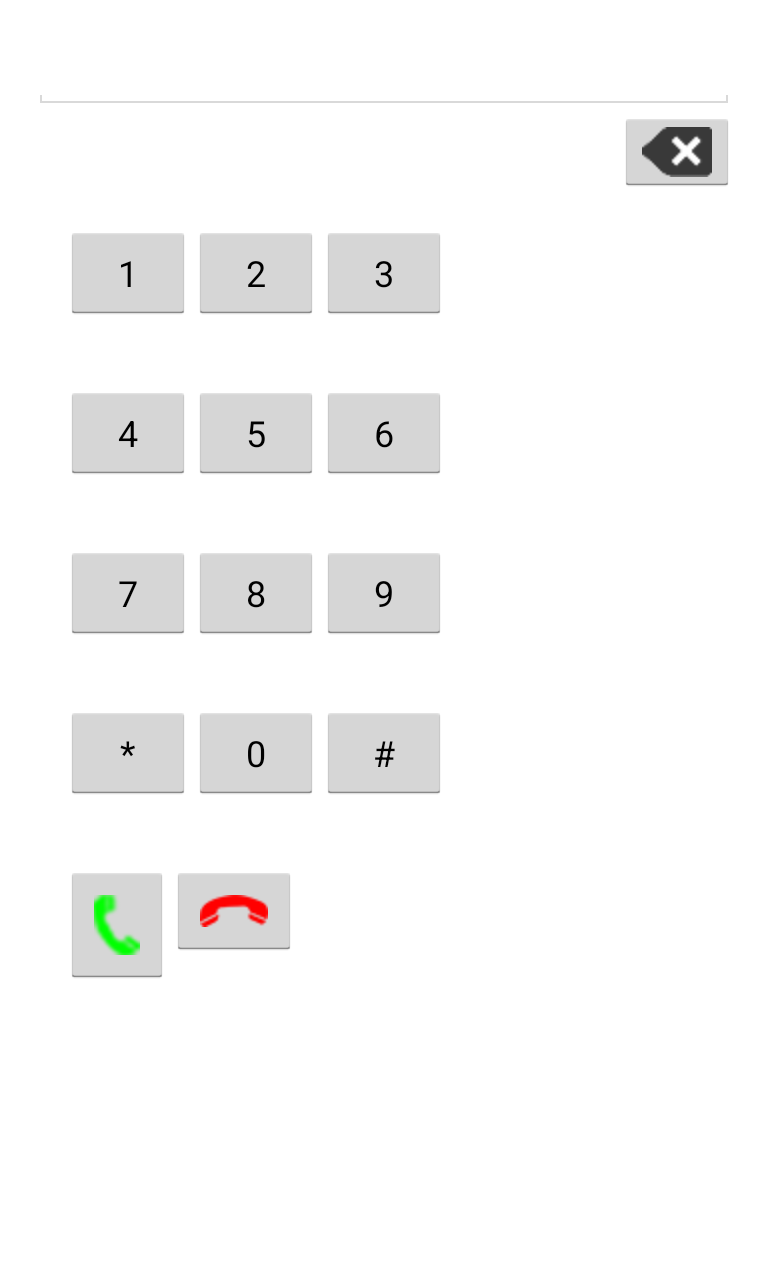
Repository: andreeastoican/Laborator03
Layout: PhoneDialer/res/layout/activity_phone_dialer.xml
The author's editor kept a copy of each file at every save. The layout is drawn from the files as they stood at one save, then again after the next save.
It is drawn on a 768 x 1280 px phone screen (xhdpi) without system bars, with theme AppTheme; the app's code is not run.

Above is the layout before, as saved 2015-03-10 09:44:45.

After the next save:
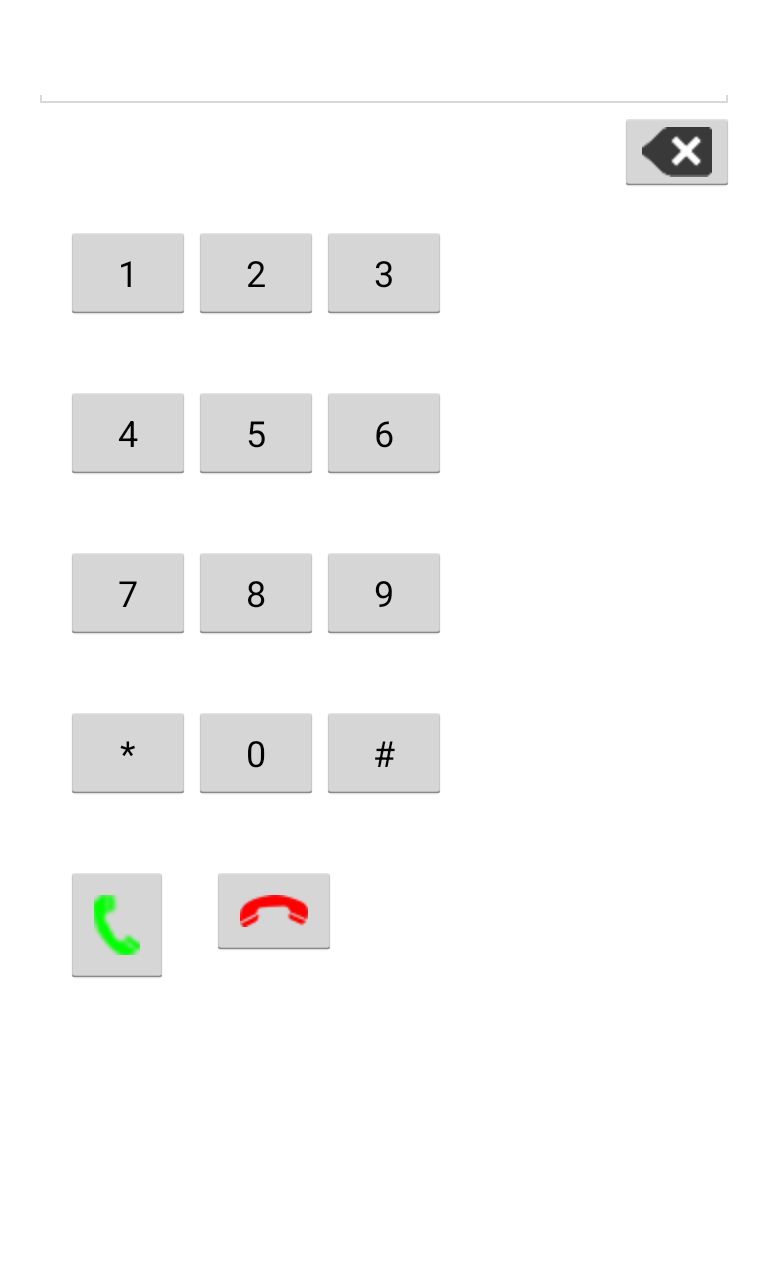
Saved 25 s later.
--- a/PhoneDialer/res/layout/activity_phone_dialer.xml
+++ b/PhoneDialer/res/layout/activity_phone_dialer.xml
@@ -179,6 +179,7 @@
 	        android:text="#"
 	        android:layout_toRightOf="@id/img_on"
 	        android:padding="15dp"
+	        android:layout_marginLeft="20dp"
 	        android:src="@drawable/hangup"
 		    />
 	</RelativeLayout>"
